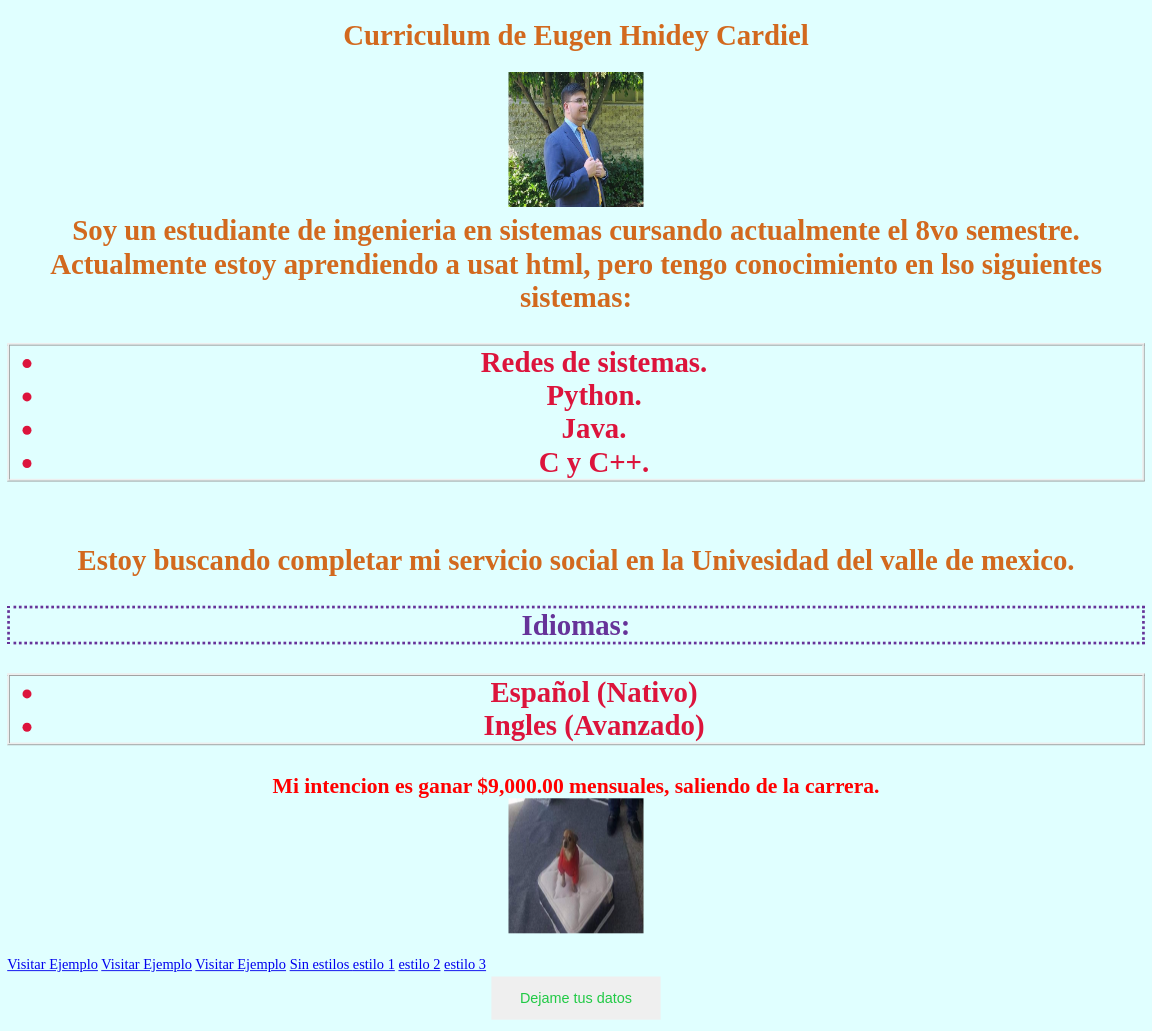
Repository: UVMCoyoacan/VEFY
Page: indexEugen.html
An editor plug-in stored every save of this project. The page is shown before and after the next save, followed by the edit.
The browser window is 1280 px wide. The pictures show the whole page, at 90% of full size.

Above is the page before, as saved 2024-02-28 21:21:19.
Not found: xEugen.j

### indexEugen.html
<!DOCTYPE html>
<html>
    <head>
        <title> Curriculum Eugen Hnidey Cardiel </title>
        <link rel="stylesheet" href="estilo2.css"/>
        <meta charset="utf-8" />

    </head>
    <body>
        <h1 onclick="fondo()">
            Curriculum de Eugen Hnidey Cardiel
        </h1>
        <h1>
            <div><img src = "fotoEugen.png" alt = "fotoEugen" width = "150" height = "150"></div>
            Soy un estudiante de ingenieria en sistemas cursando actualmente el 8vo semestre.
            <br>
            Actualmente estoy aprendiendo a usat html, pero tengo conocimiento en lso siguientes sistemas:
            <br>
            <ul class="verde">
                <li>Redes de sistemas.</li>
                <li>Python.</li>
                <li>Java.</li>
                <li>C y C++.</li>
            </ul>
            <br>
            Estoy buscando completar mi servicio social en la Univesidad del valle de mexico.
            <p>
            Idiomas:
            </p>
            <ul>
                <li>Español (Nativo)</li>
                <li>Ingles (Avanzado)</li>
            </ul>
        </h1>
        <h2>
            <div id = "raro">Mi intencion es ganar $9,000.00 mensuales, saliendo de la carrera.</div>
            <div><img src = "perritoBonitoEugen.png" alt = "PerritoBonito" width = "150" height = "150"></div>
        </h2>
            <a href="file:///C:/Users/Fernando/Dropbox/PC/Documents/GitHub/VEFY/Pagina%20web%20presentacion%20Eugen/indexEugen.html">Visitar Ejemplo</a>
            <a href="file:///D:/Eugen/uvm/8%20semestre/Contruccion%20de%20servicios%20web/Pagina%20web%20presentacion/index.html">Visitar Ejemplo</a>
            <a href="file:///D:/Eugen/uvm/8%20semestre/Contruccion%20de%20servicios%20web/Pagina%20web%20presentacion/index.html">Visitar Ejemplo</a>
            <a onclick="noEstilos()" href="#" >Sin estilos </a>
            <a onclick="activarEstilos(0)" href="#">estilo 1</a>
            <a onclick="activarEstilos(1)" href="#">estilo 2</a>
            <a onclick="activarEstilos(2)" href="#">estilo 3 </a>
        <script src="xEugen.j">  </script>

            <div>
                <button>Dejame tus datos  </button>

               </div>
    </body>
</html>

### estilo2.css
h1{
    color: chocolate;
    text-align: center;
    border-style: mix;
}
p{
    text-align: center;
    color:rebeccapurple;
    border-style: dotted;
}

ol{
    text-align: center;
    color:rgb(153, 51, 51);
    border-style: groove;

}

ul{
    text-align: center;
    color: crimson;
    border-style: ridge;
}

h2{
    color: red ;
    text-align: center;
    border-style: mix;
}

a{
    text-align: center;
}

body{
    background-color: rgb(224, 255, 255);
}

footer{
    color:beige;
    background-color: blueviolet;
}
button {
    border: none;
    color: rgb(32, 202, 69);
    padding: 15px 32px;
    text-align: center;
    text-decoration: none;
    display: inline-block;
    font-size: 16px;
    margin: 4px 2px;
    cursor: pointer;
  }
  div{
    text-align: center;
  }

After the next save:
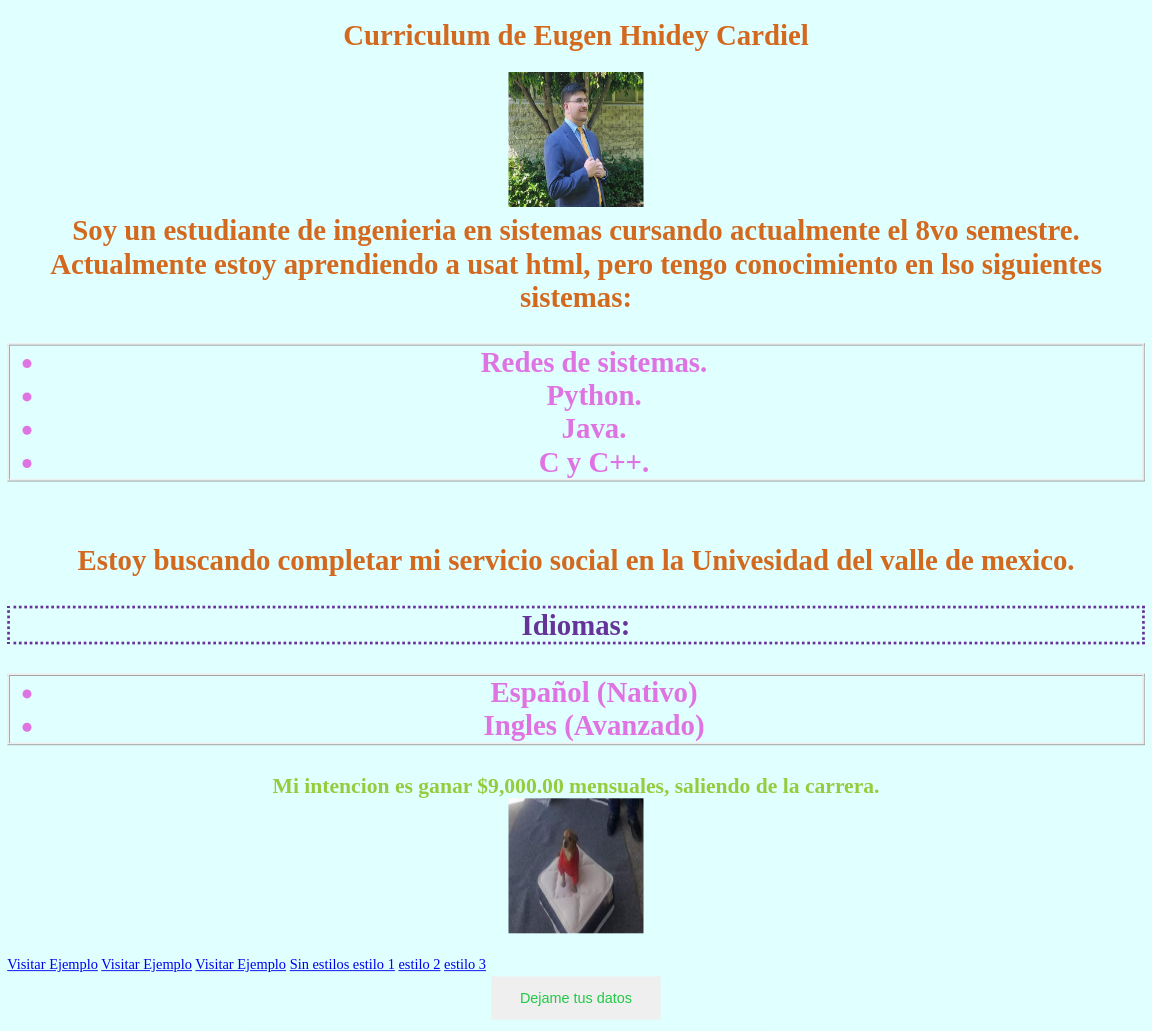
Saved 50 s later.
--- a/estilo2.css
+++ b/estilo2.css
@@ -11,19 +11,19 @@ p{
 
 ol{
     text-align: center;
-    color:rgb(153, 51, 51);
+    color:rgb(0, 0, 0);
     border-style: groove;
 
 }
 
 ul{
     text-align: center;
-    color: crimson;
+    color: rgb(223, 115, 225);
     border-style: ridge;
 }
 
 h2{
-    color: red ;
+    color: rgb(149, 204, 62) ;
     text-align: center;
     border-style: mix;
 }
